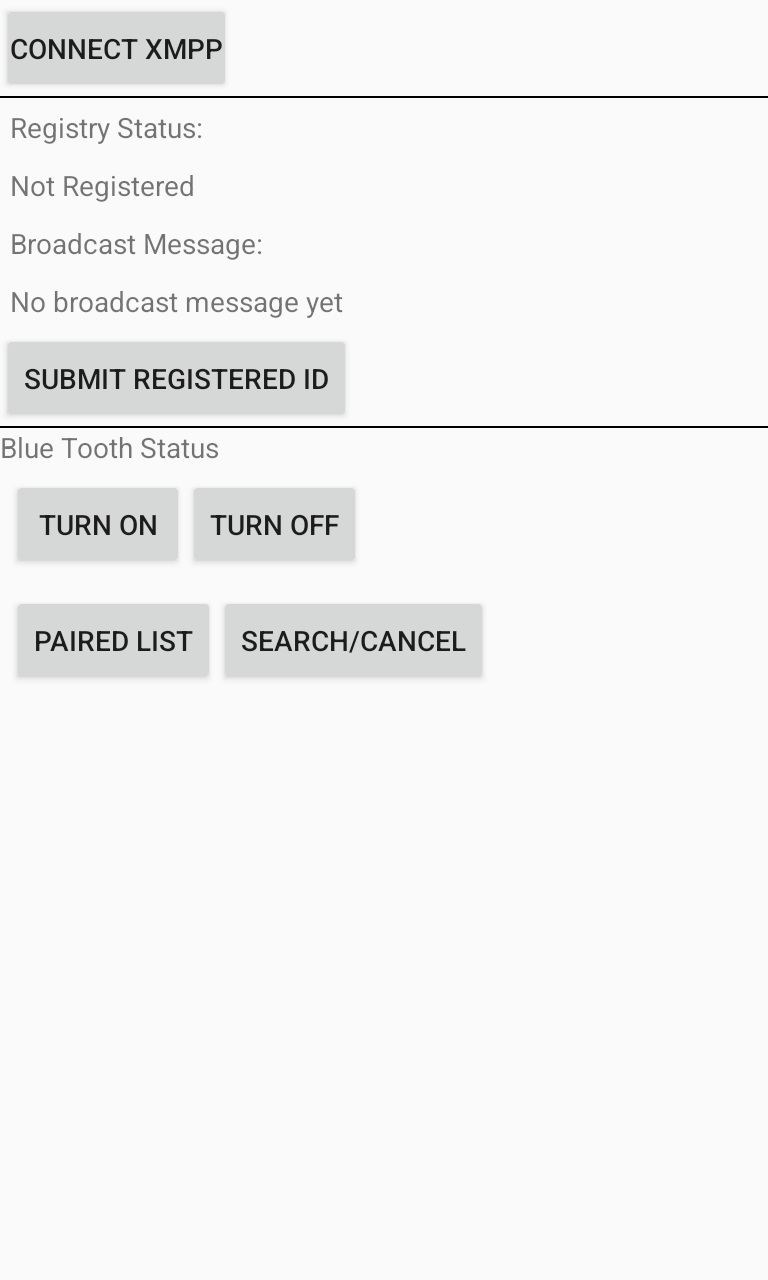
Repository: AlanTai/prjAppIntegration
Layout: prjCandyHouse/res/layout/activity_main.xml
The author's editor kept a copy of each file at every save. The layout is drawn from the files as they stood at one save, then again after the next save.
It is drawn on a 768 x 1280 px phone screen (xhdpi) without system bars, with theme AppTheme; the app's code is not run. Lists and similar views that code fills are empty.

Above is the layout before, as saved 2014-11-11 23:11:37.

### prjCandyHouse/res/layout/activity_main.xml
<LinearLayout
    xmlns:android="http://schemas.android.com/apk/res/android"
    xmlns:tools="http://schemas.android.com/tools"
    android:layout_width="match_parent"
    android:layout_height="match_parent"
    android:orientation="vertical">

    <Button
        android:id="@+id/btnConnectXMPP"
        android:layout_width="wrap_content"
        android:layout_height="wrap_content"
        android:padding="5dp"
        android:text="@string/btnConnectXMPP"/>

    <TextView
        android:layout_height="1dp"
        android:layout_width="match_parent"
        android:background="#000"
        android:padding="2dp"/>

    <TextView
        android:id="@+id/tvRegStatus"
        android:layout_width="match_parent"
        android:layout_height="wrap_content"
        android:padding="5dp"
        android:text="@string/registryStatus" />

    <TextView
        android:id="@+id/tvRegStatusResult"
        android:layout_width="match_parent"
        android:layout_height="wrap_content"
        android:padding="5dp"
        android:text="@string/registryStatusResult"/>

    <TextView
        android:id="@+id/tvMessageLabel"
        android:layout_width="match_parent"
        android:layout_height="wrap_content"
        android:padding="5dp"
        android:text="@string/broadcastLabel"/>

    <TextView
        android:id="@+id/tvMessage"
        android:layout_width="match_parent"
        android:layout_height="wrap_content"
        android:padding="5dp"
        android:text="@string/broadcastResult"/>

    <Button
        android:id="@+id/btnSubmitRegId"
        android:layout_width="wrap_content"
        android:layout_height="wrap_content"
        android:text="@string/btnSubmitRegId"/>

    <TextView
        android:layout_height="1dp"
        android:layout_width="match_parent"
        android:background="#000"
        android:padding="2dp"/>

    <TextView
        android:id="@+id/txtBluetoothStatus"
        android:layout_height="wrap_content"
        android:layout_width="wrap_content"
        android:text="@string/txtBluetoothStatus"/>

    <LinearLayout
        android:layout_width="match_parent"
        android:layout_height="wrap_content"
        android:orientation="horizontal"
        android:padding="5dp">

        <Button
            android:id="@+id/btnTurnOn"
            android:layout_width="wrap_content"
            android:layout_height="wrap_content"
            android:text="@string/btnTurnOn"/>

        <Button
            android:id="@+id/btnTurnOff"
            android:layout_width="wrap_content"
            android:layout_height="wrap_content"
            android:text="@string/btnTurnOff"/>

    </LinearLayout>

    <LinearLayout
        android:layout_width="match_parent"
        android:layout_height="wrap_content"
        android:orientation="horizontal"
        android:padding="5dp">

        <Button
            android:id="@+id/btnPaired"
            android:layout_width="wrap_content"
            android:layout_height="wrap_content"
            android:text="@string/pairedList"/>

        <Button
            android:id="@+id/btnSearchCancel"
            android:layout_width="wrap_content"
            android:layout_height="wrap_content"
            android:text="@string/findDevices"/>

    </LinearLayout>

        <ListView
            android:id="@+id/listView"
            android:layout_width="fill_parent"
            android:layout_height="wrap_content"></ListView>

</LinearLayout>

### prjCandyHouse/res/values/strings.xml
<?xml version="1.0" encoding="utf-8"?>
<resources>

    <string name="app_name">appCandyHouse</string>
    <string name="hello_world">Hello world!</string>
    <string name="action_settings">Settings</string>

    <string name="btnConnectXMPP">Connect XMPP</string>

    <string name="registryStatus">Registry Status:</string>
    <string name="registryStatusResult">Not Registered</string>
    <string name="broadcastLabel">Broadcast Message:</string>
    <string name="broadcastResult">No broadcast message yet</string>
    <string name="btnSubmitRegId">Submit Registered ID</string>

    <string name="txtBluetoothStatus">Blue Tooth Status</string>
    <string name="btnTurnOn">Turn On</string>
    <string name="btnTurnOff">Turn Off</string>
    <string name="pairedList">Paired List</string>
    <string name="findDevices">Search/Cancel</string>

</resources>

Loaded but not shown: prjCandyHouse/res/values/styles.xml (common file); prjCandyHouse/res/values-v11/styles.xml (common file); prjCandyHouse/res/values-v14/styles.xml (common file)

After the next save:
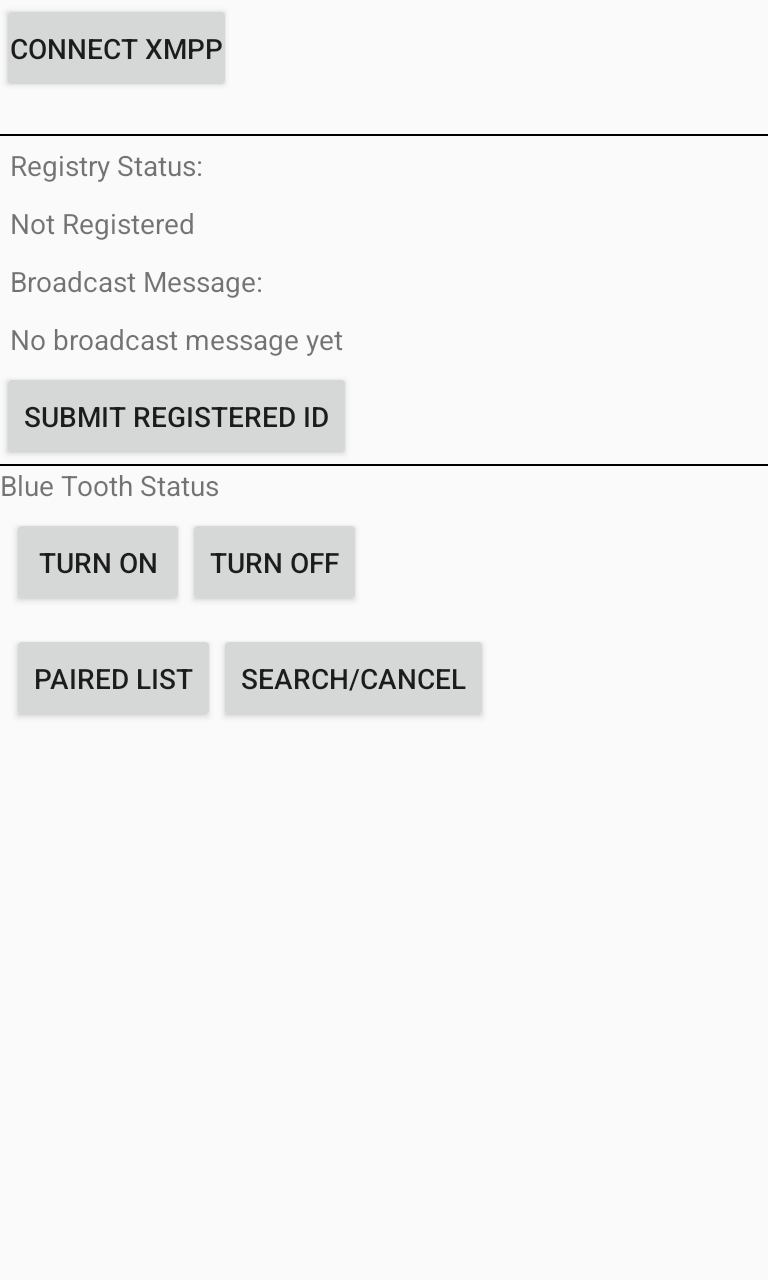
Saved 2 min 33 s later.
--- a/prjCandyHouse/res/layout/activity_main.xml
+++ b/prjCandyHouse/res/layout/activity_main.xml
@@ -11,6 +11,10 @@
         android:layout_height="wrap_content"
         android:padding="5dp"
         android:text="@string/btnConnectXMPP"/>
+    <TextView
+        android:id="@+id/txtXMPPStatus"
+        android:layout_width="wrap_content"
+        android:layout_height="wrap_content"/>
 
     <TextView
         android:layout_height="1dp"
